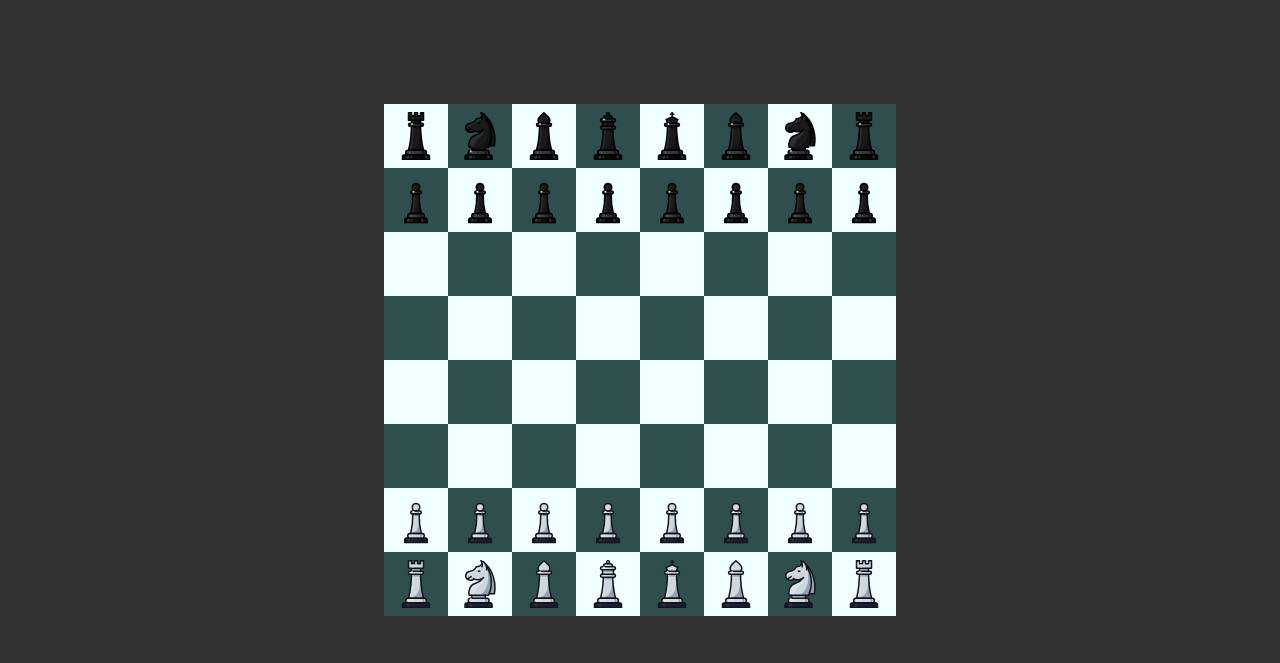
Repository: Mirsmog/react-chess
Page: /
These files come from the project's save history. The page is drawn as it stood at one moment and after the next save; the edit follows.
The browser window is 1280 px wide. The pictures show the whole page.
The project was rebuilt for these pictures with package versions that can differ from the ones it lists, and the page was loaded fresh each time. Also part of the build but not shown: vite.config.ts.

Above is the page before, as saved 2023-10-28 15:43:36.

After the next save:
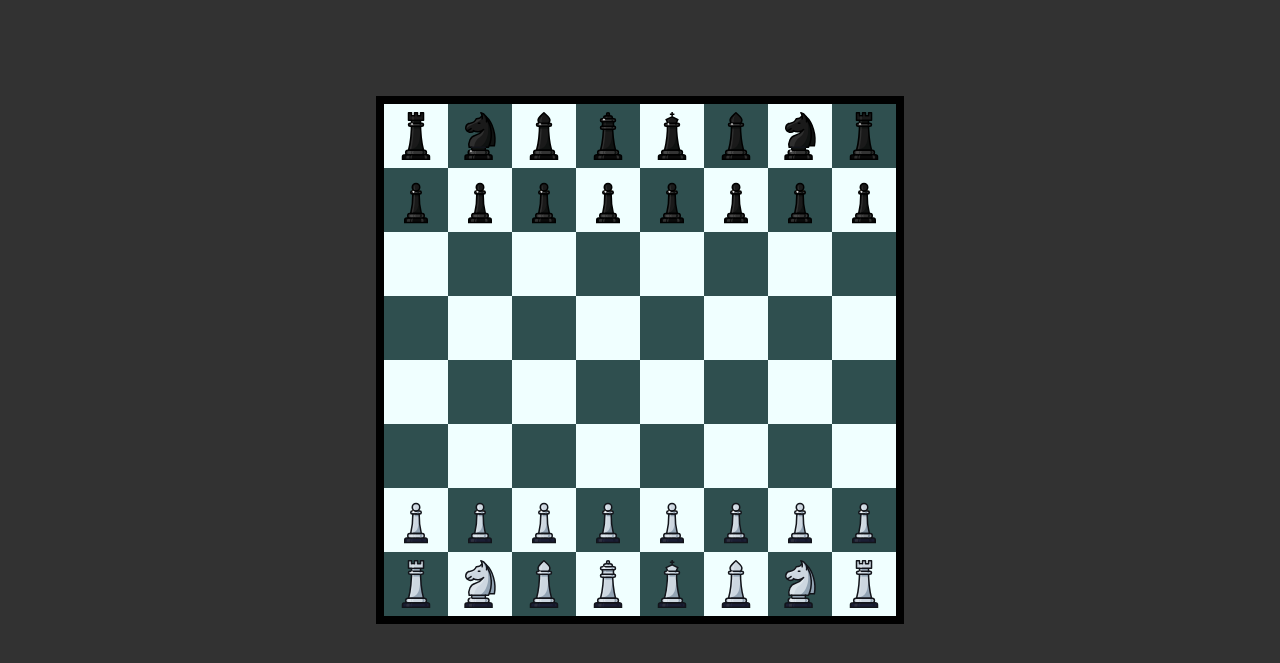
Saved 47 s later.
--- a/src/index.css
+++ b/src/index.css
@@ -21,6 +21,7 @@
   width: calc(var(--sell-size) * 8);
   height: calc(var(--sell-size) * 8);
   flex-wrap: wrap;
+  border: 8px solid black;
   /* transform: scale(1.8); */
 }
 
